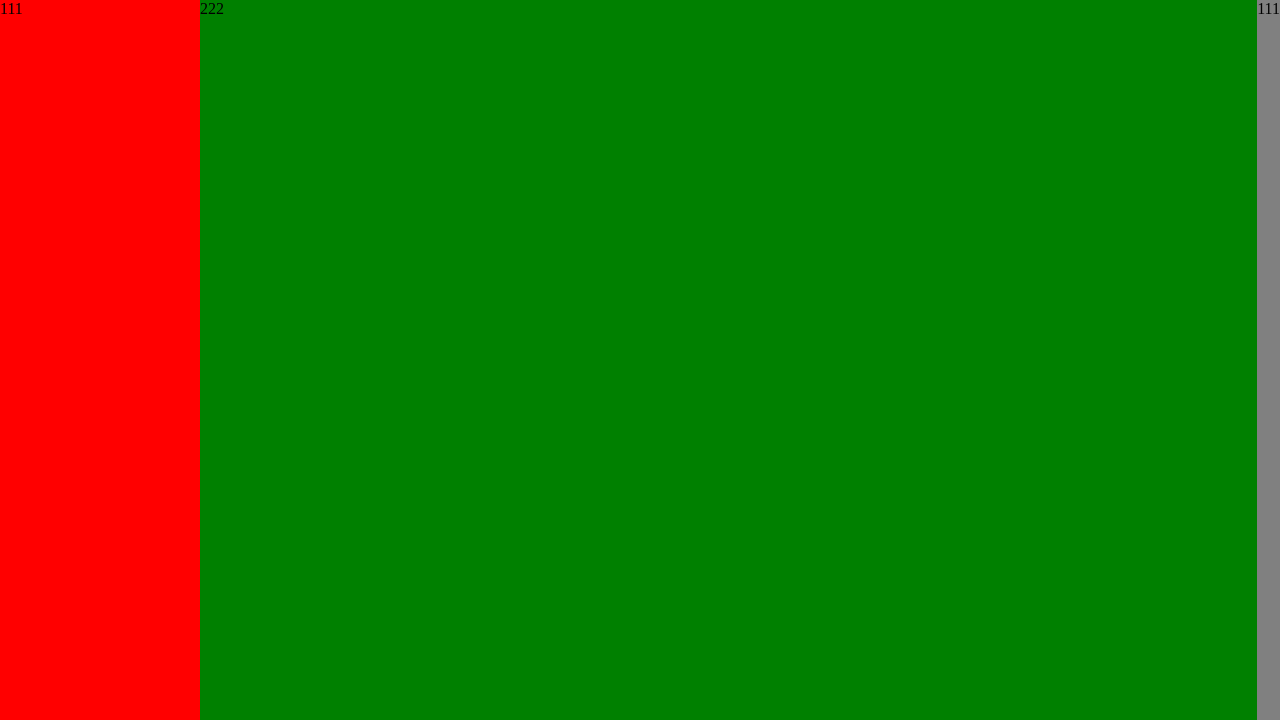
Repository: lihaitao123321/vue-demo-1
Page: /
These files come from the project's save history. The page is drawn as it stood at one moment and after the next save; the edit follows.
The browser window is 1280 px wide. The pictures show the whole page.
The project was rebuilt for these pictures with package versions that can differ from the ones it lists, and the page was loaded fresh each time.

Above is the page before, as saved 2021-12-20 10:27:35.

After the next save:
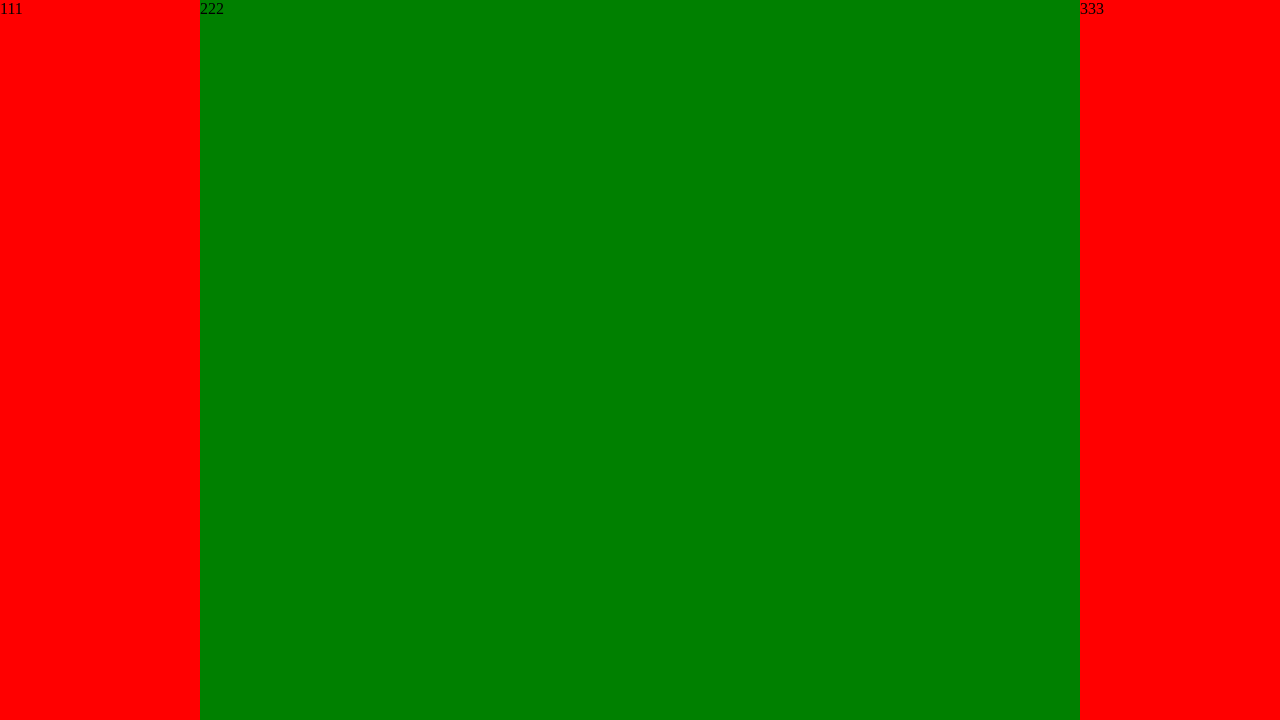
Saved 8 s later.
--- a/src/App.vue
+++ b/src/App.vue
@@ -7,7 +7,7 @@
       222
     </div>
     <div class="div3">
-      111
+      333
     </div>
     <!-- <img alt="Vue logo" src="./assets/logo.png"> -->
     <!-- <HelloWorld msg="Welcome to Your Vue.js App" /> -->
@@ -48,7 +48,7 @@ body {
   width: 0;
   flex-grow: 1;
 }
-.div1 {
+.div3 {
   background-color: red;
   width: 200px;
 }
